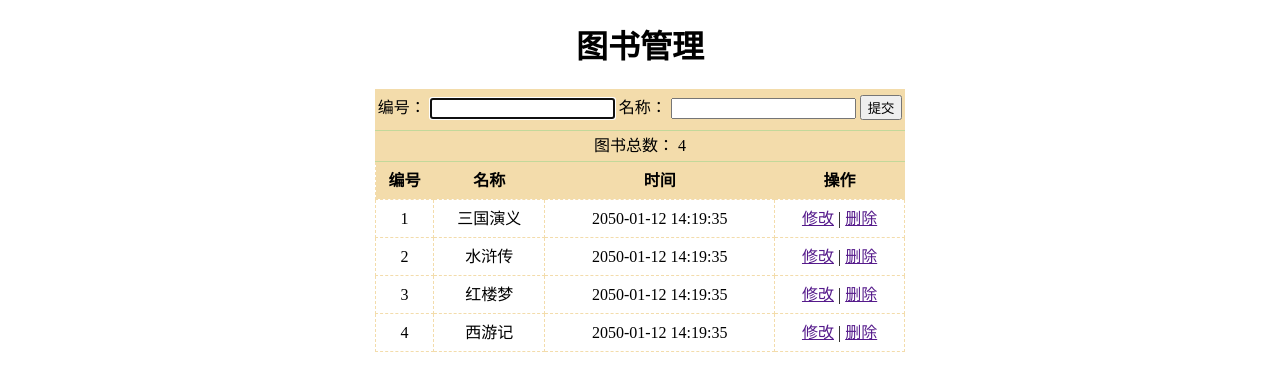
Repository: chenguocan/Vue_axios
Page: mybook/public/books.html
The author's editor kept a copy of each file at every save. The page is drawn from the files as they stood at one save, then again after the next save.
The browser window is 1280 px wide. The pictures show the whole page.

Above is the page before, as saved 2020-07-25 16:13:22.

After the next save:
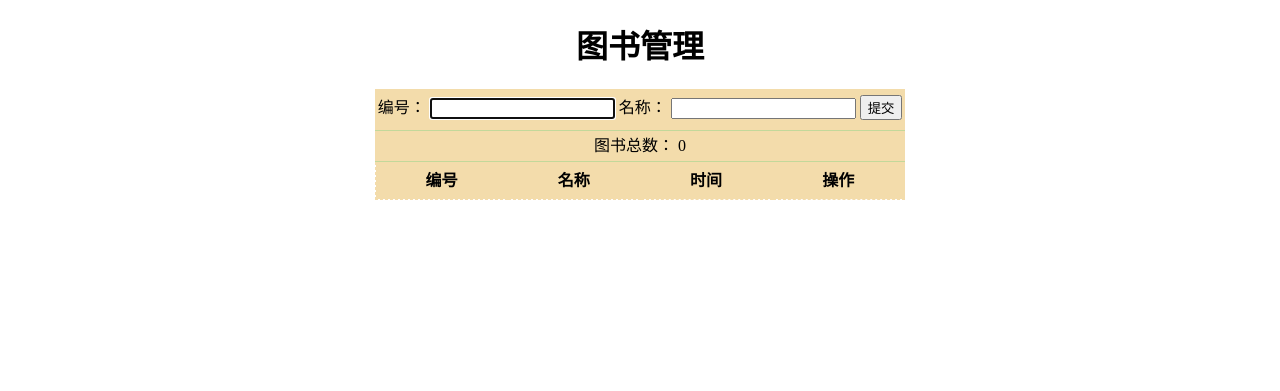
Saved 31 s later.
--- a/mybook/public/books.html
+++ b/mybook/public/books.html
@@ -195,29 +195,6 @@
         mounted: function () {
           // 该生命周期钩子函数被触发的时候，模板已经可以使用
           // 一般此时用于获取后台数据，然后把数据填充到模板
-          var data = [
-            {
-              id: 1,
-              name: "三国演义",
-              date: 2525609975000,
-            },
-            {
-              id: 2,
-              name: "水浒传",
-              date: 2525609975000,
-            },
-            {
-              id: 3,
-              name: "红楼梦",
-              date: 2525609975000,
-            },
-            {
-              id: 4,
-              name: "西游记",
-              date: 2525609975000,
-            },
-          ];
-          this.books = data;
         },
       });
     </script>
